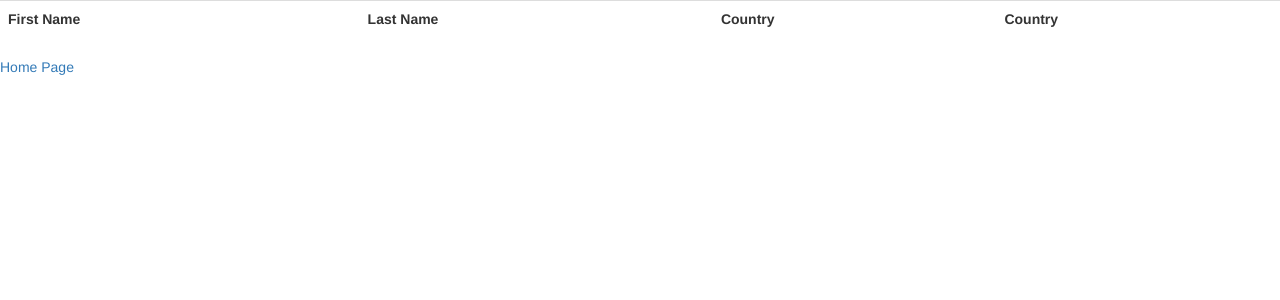
Repository: SaumyaGuptaTechnokrat/Employee_management
Page: http://localhost/Employee/EmployeeList.jsp
These files come from the project's save history. The page is drawn as it stood at one moment and after the next save; the edit follows.
The browser window is 1280 px wide. The pictures show the whole page.
The page is served by Tomcat 9. Other server files are loaded and not shown. Queries for data that is not in the repository find no rows.

Above is the page before, as saved 2023-02-12 07:27:38.

### Employee/src/main/webapp/EmployeeList.jsp
<%@ page language="java" import="employee.Employee,employee.EmployeeDAO,java.util.*" contentType="text/html; charset=ISO-8859-1"
    pageEncoding="ISO-8859-1"%>
<!DOCTYPE html>
<html>
<head>
<meta charset="ISO-8859-1">
<title>Insert title here</title>
  <link rel="stylesheet" href="https://maxcdn.bootstrapcdn.com/bootstrap/3.4.1/css/bootstrap.min.css">

</head>
<body>
<%
out.print("<table align='center' class='table'><tr><th>First Name</th><th>Last Name</th><th>Country</th><th>Country</th></tr>");
for(Employee e:(List<Employee>)EmployeeDAO.getAllEmployee())
{
	out.print("<tr>");
	out.println("<td>"+e.getFName()+"</td><td> "+e.getLName()+"</td><td> "+e.getCity()+"</td><td>"+e.getCountry()+"</td>");
	/*out.print("<td><a class='btn btn-danger' href='delete.jsp?id="+e.getId()+"'>Delete</a></td>");
	out.print("<td><a class='btn btn-warning' href='update.jsp?id="+e.getId()+"'>Update</a></td>");*/
	out.print("</tr>");
}
out.print("</table>");
%>
<a href="index.jsp">Home Page</a>
</body>
</html>

### Employee/src/main/java/employee/EmployeeDAO.java
package employee;

import java.sql.*;
import java.util.ArrayList;
import java.util.List;



public class EmployeeDAO {
	public static int save(Employee e) throws ClassNotFoundException, SQLException {
		Connection con = ConnectionProvider.getConnection();
		//Statement s = con.createStatement();
		PreparedStatement ps= con.prepareStatement("insert into `Employee_table`(fName, lName, age, Gender, salary, Doj,City, Country) values(?,?,?,?,?,?,?,?);"
				+ "");
		ps.setString(1, e.getFName());

		ps.setString(2, e.getLName());
		ps.setInt(3, e.getAge());
		ps.setString(4, e.getGender());
		ps.setString(5, e.getSalary());
		ps.setString(6, e.getDoj());
		ps.setString(7,e.getCity());
		ps.setString(8,e.getCountry());

		int status = ps.executeUpdate();
		return status;
	}
	public static List<Employee> getAllEmployee() throws ClassNotFoundException, SQLException
	{

		List<Employee> empList=new ArrayList<Employee>();
		Connection con=ConnectionProvider.getConnection();
		Statement stmt=con.createStatement();
		ResultSet rs=stmt.executeQuery("select * from Employee_table;");

		while(rs.next())
		{

			Employee e=new Employee();
			e.setId(rs.getInt("emp_id"));
			e.setFName(rs.getString("fName"));
			e.setLName(rs.getString("lName"));
			e.setAge(rs.getInt("age"));
			e.setGender(rs.getString("Gender"));
			e.setSalary(rs.getString("salary"));

			e.setDoj(rs.getString("Doj"));
			e.setCountry(rs.getString("Country"));
			e.setCity(rs.getString("City"));
			empList.add(e);

		}

		return empList;
	}
}

### Employee/src/main/java/employee/ConnectionProvider.java
package employee;

import java.sql.Connection;
import java.sql.SQLException;
import java.sql.DriverManager;
public class ConnectionProvider {
	public static Connection getConnection() throws ClassNotFoundException,SQLException {
		Connection con =null;
		Class.forName("com.mysql.cj.jdbc.Driver");
		con=DriverManager.getConnection("jdbc:mysql://localhost:3306/employee","root","12346789");
		return con;
	}



}

After the next save:
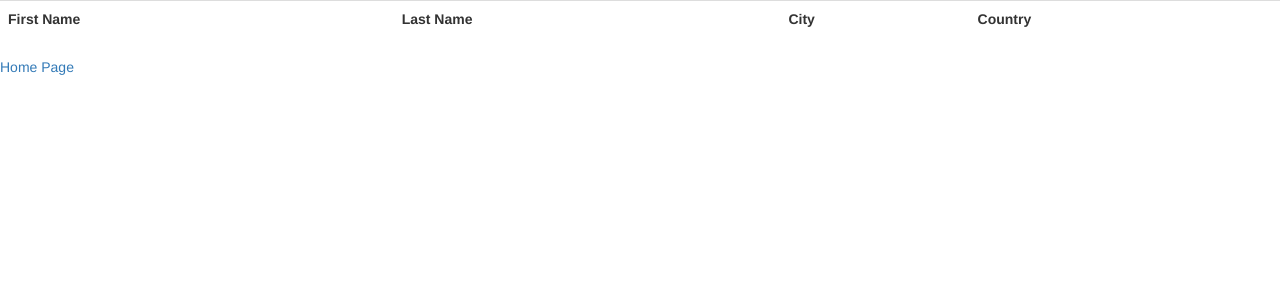
Saved 48 s later.
--- a/Employee/src/main/webapp/EmployeeList.jsp
+++ b/Employee/src/main/webapp/EmployeeList.jsp
@@ -10,7 +10,7 @@
 </head>
 <body>
 <%
-out.print("<table align='center' class='table'><tr><th>First Name</th><th>Last Name</th><th>Country</th><th>Country</th></tr>");
+out.print("<table align='center' class='table'><tr><th>First Name</th><th>Last Name</th><th>City</th><th>Country</th></tr>");
 for(Employee e:(List<Employee>)EmployeeDAO.getAllEmployee())
 {
 	out.print("<tr>");
